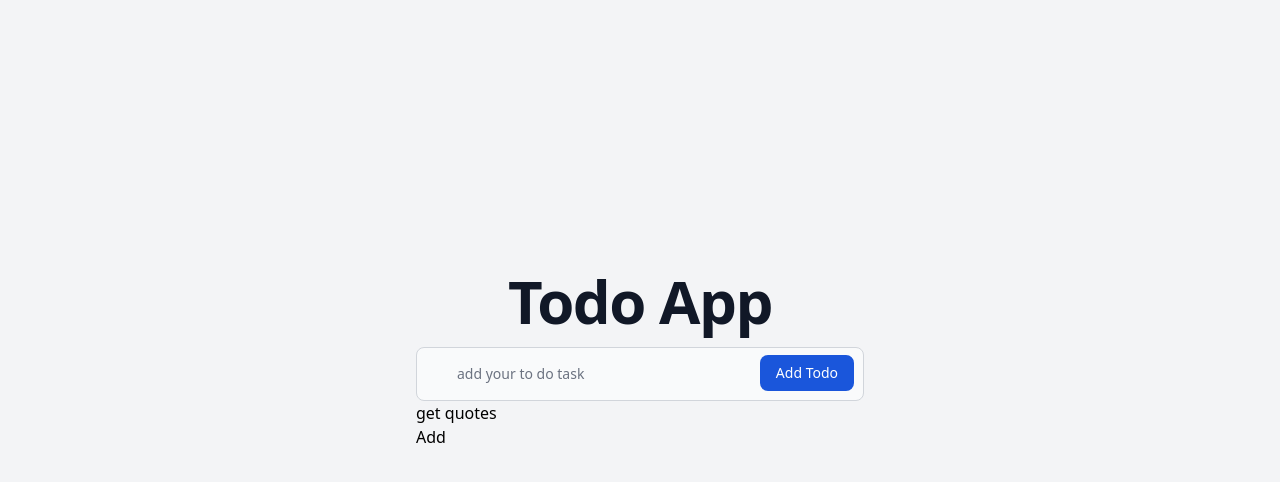
Repository: sodmaq/Todo-App
Page: /
An editor plug-in stored every save of this project. The page is shown before and after the next save, followed by the edit.
The browser window is 1280 px wide. The pictures show the whole page.
The project was rebuilt for these pictures with package versions that can differ from the ones it lists, and the page was loaded fresh each time. Also part of the build but not shown: vite.config.js, src/components/Quote.jsx, src/components/TodoItem.jsx.

Above is the page before, as saved 2024-09-04 11:42:54.

After the next save:
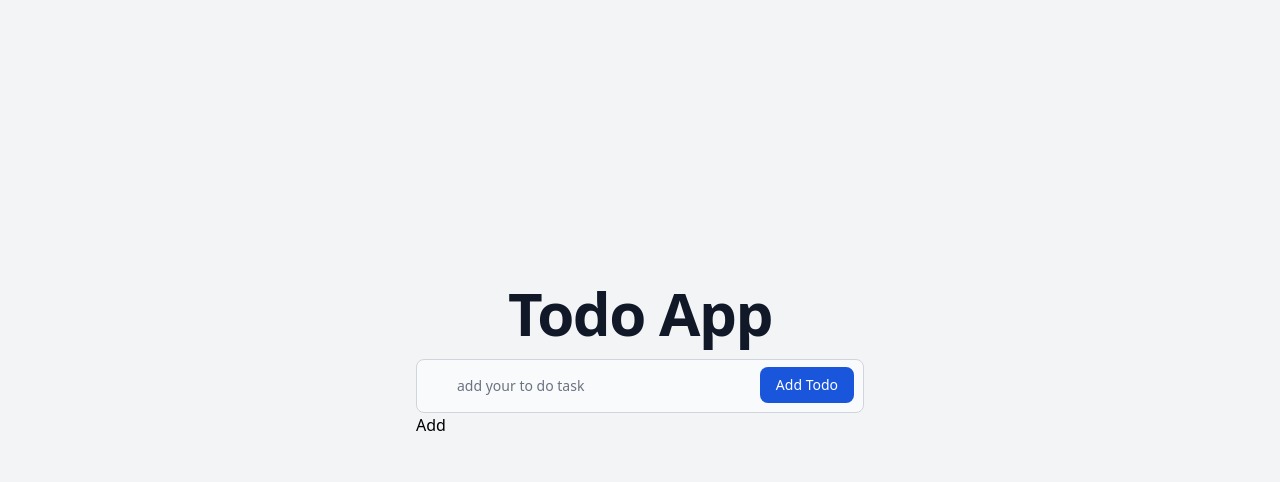
Saved 21 s later.
--- a/src/components/TodoInput.jsx
+++ b/src/components/TodoInput.jsx
@@ -51,7 +51,6 @@
           </button>
         </div>
       </form>
-      <button onClick={Quote}>get quotes</button>
     </div>
   );
 }
